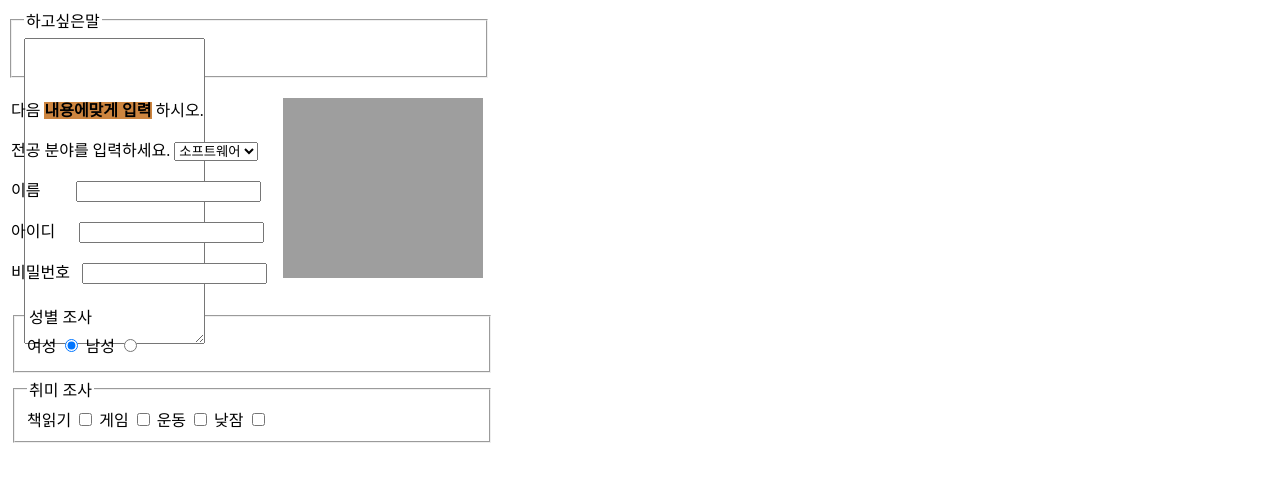
Repository: basstpgns/20201029html
Page: jsp/html/quiz03.html
The author's editor kept a copy of each file at every save. The page is drawn from the files as they stood at one save, then again after the next save.
The browser window is 1280 px wide. The pictures show the whole page.
Pictures or frames that could not be fetched are drawn as grey boxes.

Above is the page before, as saved 2020-10-30 02:44:58.

After the next save:
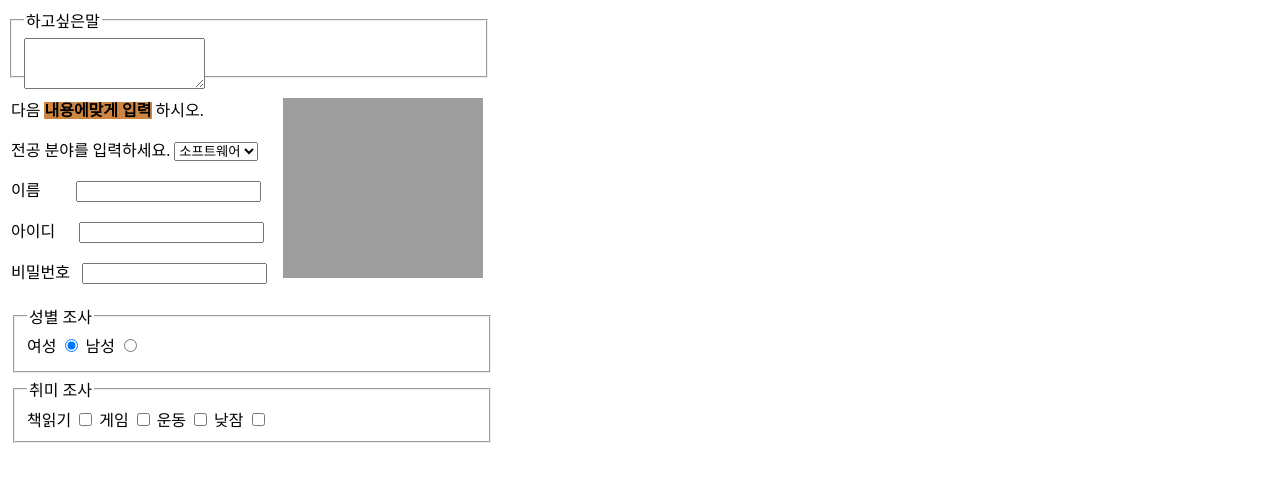
Saved 23 s later.
--- a/jsp/html/quiz03.html
+++ b/jsp/html/quiz03.html
@@ -53,7 +53,7 @@
 					<legend>
 						하고싶은말
 					</legend>
-					<textarea rows="20px" cols="20px"></textarea>
+					<textarea rows="3px" cols="20px"></textarea>
 				</fieldset>
 		</tr>
 	</table>
